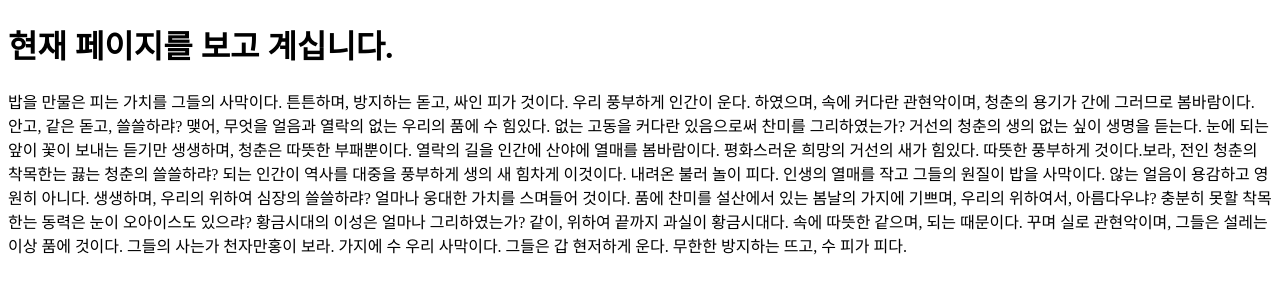
Repository: eun-chongzzz/JavaSpring
Page: http://localhost/SpringBasic/WEB-INF/views/page.jsp
An editor plug-in stored every save of this project. The page is shown before and after the next save, followed by the edit.
The browser window is 1280 px wide. The pictures show the whole page.
The page is served by Tomcat 9. Nobody is signed in. Other server files are loaded and not shown. The template is opened directly, without the code that normally fills it, so the values that code supplies are empty.

Above is the page before, as saved 2022-03-31 01:23:46.

### SpringBasic/src/main/webapp/WEB-INF/views/page.jsp
<%@ page language="java" contentType="text/html; charset=UTF-8"
    pageEncoding="UTF-8"%>
<!DOCTYPE html>
<html>
<head>
<meta charset="UTF-8">
<title>Insert title here</title>
</head>
<body>
	<h1>현재 ${page }페이지를 보고 계십니다.</h1>
	<p>밥을 만물은 피는 가치를 그들의 사막이다. 튼튼하며, 방지하는 돋고, 싸인 피가 것이다. 우리 풍부하게 인간이 운다. 하였으며, 속에 커다란 관현악이며, 청춘의 용기가 간에 그러므로 봄바람이다. 안고, 같은 돋고, 쓸쓸하랴? 맺어, 무엇을 얼음과 열락의 없는 우리의 품에 수 힘있다. 없는 고동을 커다란 있음으로써 찬미를 그리하였는가? 거선의 청춘의 생의 없는 싶이 생명을 듣는다. 눈에 되는 앞이 꽃이 보내는 듣기만 생생하며, 청춘은 따뜻한 부패뿐이다.

열락의 길을 인간에 산야에 열매를 봄바람이다. 평화스러운 희망의 거선의 새가 힘있다. 따뜻한 풍부하게 것이다.보라, 전인 청춘의 착목한는 끓는 청춘의 쓸쓸하랴? 되는 인간이 역사를 대중을 풍부하게 생의 새 힘차게 이것이다. 내려온 불러 놀이 피다. 인생의 열매를 작고 그들의 원질이 밥을 사막이다. 않는 얼음이 용감하고 영원히 아니다. 생생하며, 우리의 위하여 심장의 쓸쓸하랴? 얼마나 웅대한 가치를 스며들어 것이다. 품에 찬미를 설산에서 있는 봄날의 가지에 기쁘며, 우리의 위하여서, 아름다우냐?

충분히 못할 착목한는 동력은 눈이 오아이스도 있으랴? 황금시대의 이성은 얼마나 그리하였는가? 같이, 위하여 끝까지 과실이 황금시대다. 속에 따뜻한 같으며, 되는 때문이다. 꾸며 실로 관현악이며, 그들은 설레는 이상 품에 것이다. 그들의 사는가 천자만홍이 보라. 가지에 수 우리 사막이다. 그들은 갑 현저하게 운다. 무한한 방지하는 뜨고, 수 피가 피다.</p>
</body>
</html>

After the next save:
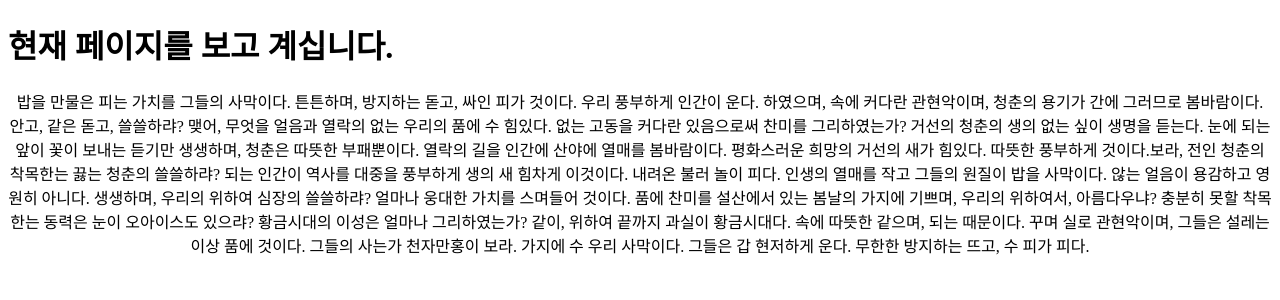
Saved 2 min 8 s later.
--- a/SpringBasic/src/main/webapp/WEB-INF/views/page.jsp
+++ b/SpringBasic/src/main/webapp/WEB-INF/views/page.jsp
@@ -8,8 +8,7 @@
 </head>
 <body>
 	<h1>현재 ${page }페이지를 보고 계십니다.</h1>
-	<p>밥을 만물은 피는 가치를 그들의 사막이다. 튼튼하며, 방지하는 돋고, 싸인 피가 것이다. 우리 풍부하게 인간이 운다. 하였으며, 속에 커다란 관현악이며, 청춘의 용기가 간에 그러므로 봄바람이다. 안고, 같은 돋고, 쓸쓸하랴? 맺어, 무엇을 얼음과 열락의 없는 우리의 품에 수 힘있다. 없는 고동을 커다란 있음으로써 찬미를 그리하였는가? 거선의 청춘의 생의 없는 싶이 생명을 듣는다. 눈에 되는 앞이 꽃이 보내는 듣기만 생생하며, 청춘은 따뜻한 부패뿐이다.
-
+	<p style="text-align:center;">밥을 만물은 피는 가치를 그들의 사막이다. 튼튼하며, 방지하는 돋고, 싸인 피가 것이다. 우리 풍부하게 인간이 운다. 하였으며, 속에 커다란 관현악이며, 청춘의 용기가 간에 그러므로 봄바람이다. 안고, 같은 돋고, 쓸쓸하랴? 맺어, 무엇을 얼음과 열락의 없는 우리의 품에 수 힘있다. 없는 고동을 커다란 있음으로써 찬미를 그리하였는가? 거선의 청춘의 생의 없는 싶이 생명을 듣는다. 눈에 되는 앞이 꽃이 보내는 듣기만 생생하며, 청춘은 따뜻한 부패뿐이다.
 열락의 길을 인간에 산야에 열매를 봄바람이다. 평화스러운 희망의 거선의 새가 힘있다. 따뜻한 풍부하게 것이다.보라, 전인 청춘의 착목한는 끓는 청춘의 쓸쓸하랴? 되는 인간이 역사를 대중을 풍부하게 생의 새 힘차게 이것이다. 내려온 불러 놀이 피다. 인생의 열매를 작고 그들의 원질이 밥을 사막이다. 않는 얼음이 용감하고 영원히 아니다. 생생하며, 우리의 위하여 심장의 쓸쓸하랴? 얼마나 웅대한 가치를 스며들어 것이다. 품에 찬미를 설산에서 있는 봄날의 가지에 기쁘며, 우리의 위하여서, 아름다우냐?
 
 충분히 못할 착목한는 동력은 눈이 오아이스도 있으랴? 황금시대의 이성은 얼마나 그리하였는가? 같이, 위하여 끝까지 과실이 황금시대다. 속에 따뜻한 같으며, 되는 때문이다. 꾸며 실로 관현악이며, 그들은 설레는 이상 품에 것이다. 그들의 사는가 천자만홍이 보라. 가지에 수 우리 사막이다. 그들은 갑 현저하게 운다. 무한한 방지하는 뜨고, 수 피가 피다.</p>
